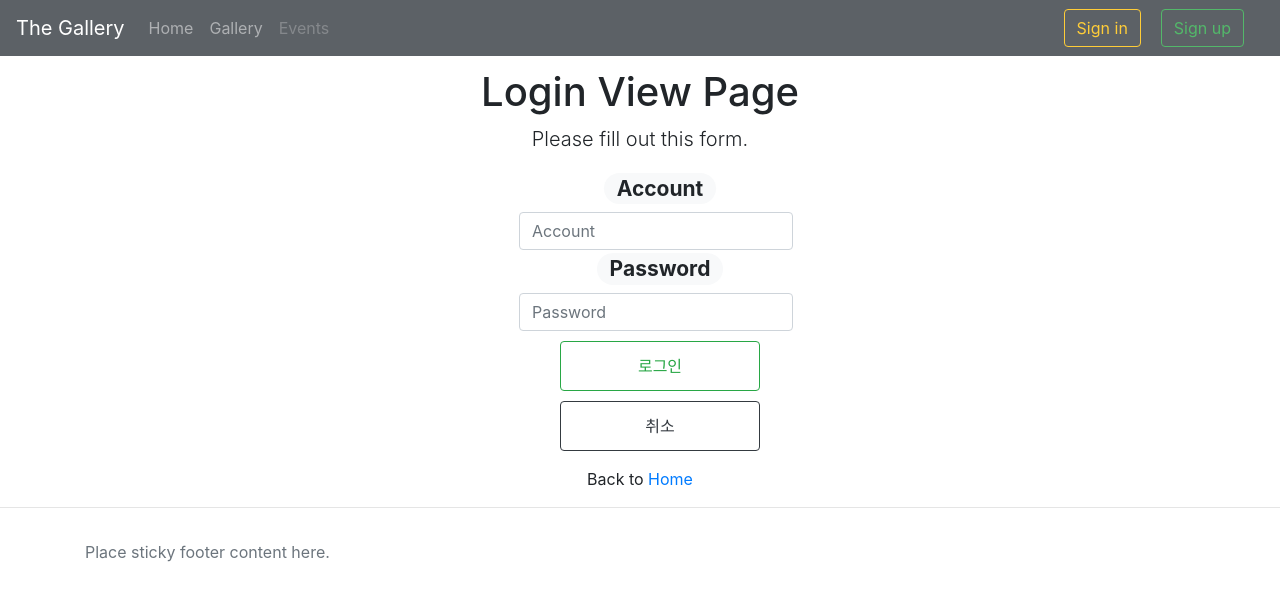
Repository: caramelsyrup/SpringProject1
Page: http://localhost/gallery/WEB-INF/views/customLogin.jsp
The author's editor kept a copy of each file at every save. The page is drawn from the files as they stood at one save, then again after a run of saves.
The browser window is 1280 px wide. The pictures show the whole page.
The page is served by Tomcat 9. Nobody is signed in. Other server files are loaded and not shown. The template is opened directly, without the code that normally fills it, so the values that code supplies are empty.

Above is the page before, as saved 2020-11-22 08:43:55.

### gallery/src/main/webapp/WEB-INF/views/customLogin.jsp
<%@ page language="java" contentType="text/html; charset=UTF-8" pageEncoding="UTF-8"%>
<%@ include file="/resources/includes/header.jsp" %>
<title>로그인화면</title>
</head>
<main role="main" class="flex-shrink-1" style="margin-top: 20px">
  <div class="container" align="center">
    <h1 class="mt-5">Login View Page</h1>
    <p class="lead">Please fill out this form.</p>
    <form class="form-inline mt-2 mt-md-0" id="loginForm" action="/login" method="post">
    	<ul style="list-style: none; margin-left: auto; margin-right: auto;">
    		<li>
    			<h3><span class="badge badge-pill badge-light">Account</span></h3>
        		<input class="form-control mr-sm-2" type="text" placeholder="Account" aria-label="Search" name="username" id="username">
    		</li>
    		<li>
    			<h3><span class="badge badge-pill badge-light">Password</span></h3>
	    		<input class="form-control mr-sm-2" type="password" placeholder="Password" aria-label="Search" name="password" id="password">
    		</li>
    		<li style="margin-top: 10px; margin-bottom: 10px;">
    			<input class="btn btn-outline-success my-2 my-sm-0" type="button" id="btnLogin" value="로그인" style="width: 200px; height: 50px;">
    		</li>
    		<li><input class="btn btn-outline-dark my-2 my-sm-0" type="reset" value="취소" style="width: 200px; height: 50px;" ></li>
    	</ul>
      </form>
   <p>Back to <a href="/">Home</a></p>
  </div>
  <hr class="featurette-divider">
</main>
<script type="text/javascript" src="/resources/js/login.js"></script>
<footer class="footer mt-auto py-3">
  <div class="container">
    <span class="text-muted">Place sticky footer content here.</span>
  </div>
</footer>
</body>
</html>

### gallery/src/main/webapp/resources/includes/header.jsp
<%@ taglib prefix="c" uri="http://java.sun.com/jsp/jstl/core" %>
<!DOCTYPE html>
<html>
<head>
<meta charset="UTF-8">
    <meta charset="utf-8">
    <meta name="viewport" content="width=device-width, initial-scale=1, shrink-to-fit=no">
    <meta name="description" content="">
    <meta name="author" content="Mark Otto, Jacob Thornton, and Bootstrap contributors">
    <meta name="generator" content="Jekyll v4.1.1">
<script src="https://code.jquery.com/jquery-3.5.1.js" integrity="sha256-QWo7LDvxbWT2tbbQ97B53yJnYU3WhH/C8ycbRAkjPDc=" crossorigin="anonymous"></script>
<!-- Latest compiled and minified CSS -->
<link rel="stylesheet" href="https://stackpath.bootstrapcdn.com/bootstrap/4.5.2/css/bootstrap.min.css">
<!-- Latest compiled JavaScript -->
<script src="https://stackpath.bootstrapcdn.com/bootstrap/4.5.2/js/bootstrap.min.js"></script>
</head>
<!-- 최상단 -->
<body class="d-flex flex-column h-100">
    <header>
  <!-- Fixed navbar -->
  <nav class="navbar navbar-expand-md navbar-dark fixed-top bg-dark" style="opacity: 0.8;">
    <a class="navbar-brand" href="/">The Gallery</a>
    <button class="navbar-toggler" type="button" data-toggle="collapse" data-target="#navbarCollapse" aria-controls="navbarCollapse" aria-expanded="false" aria-label="Toggle navigation">
      <span class="navbar-toggler-icon"></span>
    </button>
    <div class="collapse navbar-collapse" id="navbarCollapse">
      <ul class="navbar-nav mr-auto">
        <li class="nav-item">
          <a class="nav-link" href="/">Home <!-- <span class="sr-only">(current)</span> --> </a>
        </li>
        <li class="nav-item">
          <a class="nav-link" href="/gallery/list">Gallery</a>
        </li>
        <c:choose>
	        <c:when test="${member.auth==0||member.auth==1}">
	        	<li class="nav-item">
		          <a class="nav-link" href="/events/elist">Events</a>
		        </li>
	        </c:when>
			<c:otherwise>
				<li class="nav-item">
		          <a class="nav-link disabled" href="/events/elist"  aria-disabled="true">Events</a>
		        </li>
			</c:otherwise>
        </c:choose>

	    <c:if test="${member.auth==0}">
	     <li class="nav-item">
	      <a class="nav-link" href="/member/memberInfo/${member.username}">Info</a>
	     </li>
	    </c:if>
	    <c:if test="${member.auth==1}">
	     <li class="nav-item">
	      <a class="nav-link" href="/member/allmember">All Member</a>
	     </li>
	     <li class="nav-item">
	      <a class="nav-link disabled" href="/member/allReser"  aria-disabled="true">All Reservation</a>
	     </li>
	    </c:if>

      </ul>
       <c:choose>
       	<c:when test="${empty member.username}">
       		<a class="btn btn-outline-warning my-2 my-sm-0" href="/member/createMember" style="margin-right: 20px">Sign in</a>
      		<a class="btn btn-outline-success my-2 my-sm-0" href="/customLogin" style="margin-right: 20px">Sign up</a>
      	</c:when>
      	<c:otherwise>
        	<a class="btn btn-outline-success my-2 my-sm-0" href="/customLogout">Logout</a>
        </c:otherwise>
       </c:choose>
    </div>
  </nav>
</header>

### gallery/src/main/webapp/resources/js/login.js
$(document).ready(function(){


	$("#btnLogin").click(function(){
		var userID = $("#username").val();
		var password = $("#password").val();
		if(userID==""){
			alert('아이디를 입력하세요!');
			$("#username").focus();
			return false;
		}
		if(password==""){
			alert('비밀번호를 입력하세요!');
			$("#password").focus();
			return false;
		}
		// 로그인 판단
		loginDo($("#username").val(),$("#password").val());
	});


});

function loginDo(username,password){
	// 값이 있으면, 해당 컨트롤러에서 처리후 결과 받음
		$.ajax({
			type:"POST",
			url:"/login",
			data:{"username":username,"password":password}
		})
		.done(function(resp){
			if(resp=="go"){
				alert('Welcome!');
				location.href="/";
			}else{
				alert('Pleae check your info');
			}
		})
		.fail(function(e){
			alert("Please Check your Account");
		});
}

After the next 2 saves:
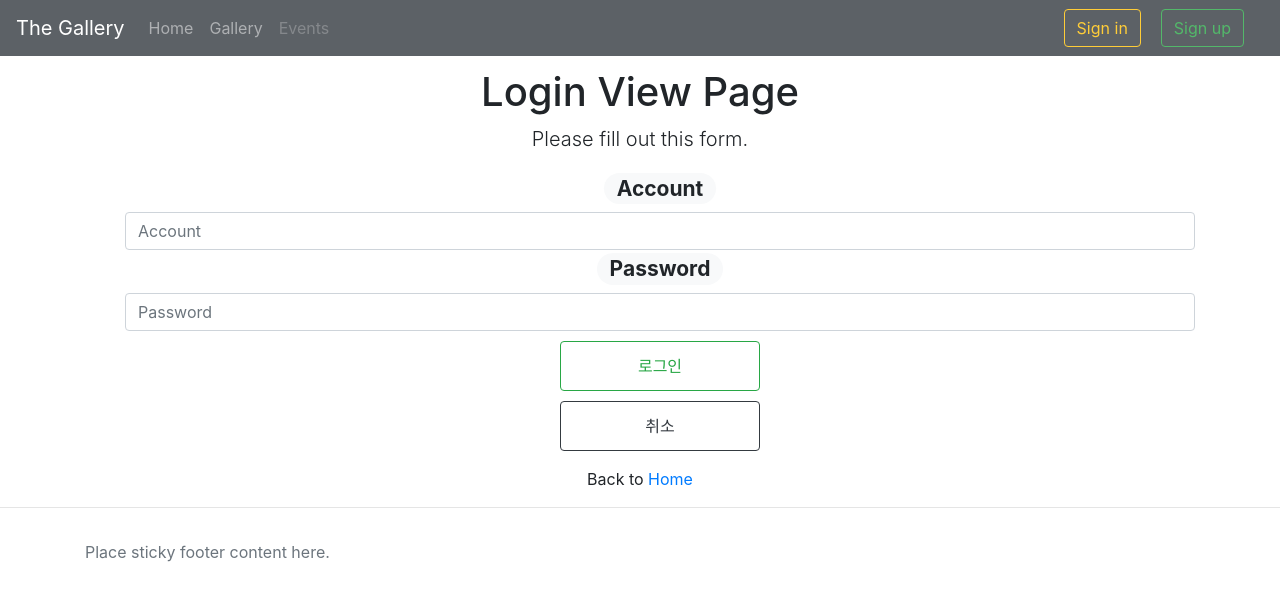
The 2 saves are shown as one change because they came seconds apart.
The last was saved 9 min 23 s later.
--- a/gallery/src/main/webapp/WEB-INF/views/customLogin.jsp
+++ b/gallery/src/main/webapp/WEB-INF/views/customLogin.jsp
@@ -6,7 +6,6 @@
   <div class="container" align="center">
     <h1 class="mt-5">Login View Page</h1>
     <p class="lead">Please fill out this form.</p>
-    <form class="form-inline mt-2 mt-md-0" id="loginForm" action="/login" method="post">
     	<ul style="list-style: none; margin-left: auto; margin-right: auto;">
     		<li>
     			<h3><span class="badge badge-pill badge-light">Account</span></h3>
@@ -21,7 +20,6 @@
     		</li>
     		<li><input class="btn btn-outline-dark my-2 my-sm-0" type="reset" value="취소" style="width: 200px; height: 50px;" ></li>
     	</ul>
-      </form>
    <p>Back to <a href="/">Home</a></p>
   </div>
   <hr class="featurette-divider">
